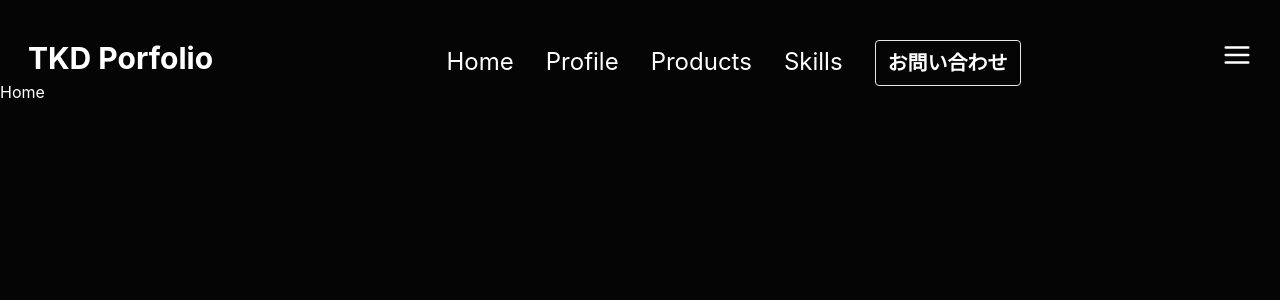
Repository: MitukiTakada/todo-aplication
Page: / (app in design/dev/react-tailwind/react-tailwind/)
These files come from the project's save history. The page is drawn as it stood at one moment and after the next save; the edit follows.
The browser window is 1280 px wide. The pictures show the whole page.
The project was rebuilt for these pictures with package versions that can differ from the ones it lists, and the page was loaded fresh each time. Also part of the build but not shown: design/dev/react-tailwind/react-tailwind/src/components/Products.jsx, design/dev/react-tailwind/react-tailwind/src/components/Profile.jsx, design/dev/react-tailwind/react-tailwind/src/components/Skills.jsx.

Above is the page before, as saved 2022-11-16 08:31:54.

After the next save:
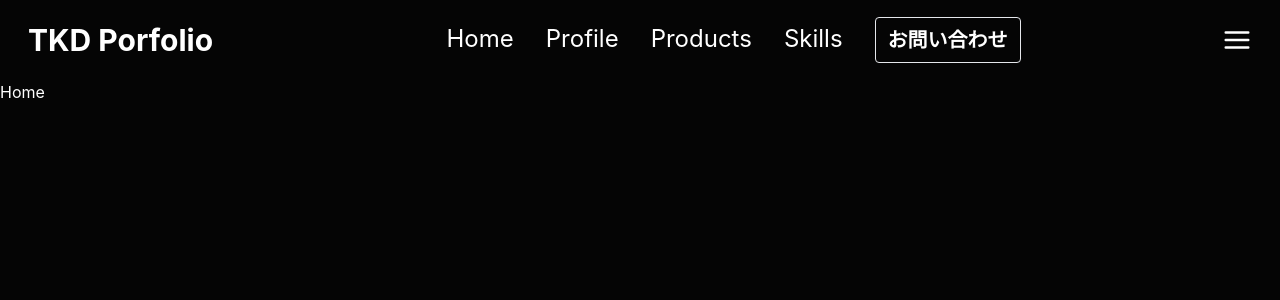
Saved 14 s later.
--- a/design/dev/react-tailwind/react-tailwind/src/components/Header.jsx
+++ b/design/dev/react-tailwind/react-tailwind/src/components/Header.jsx
@@ -5,7 +5,7 @@ import {HamburgerIcon} from "@chakra-ui/icons"
 
 const Header = () => {
   return (
-    <header className="h-20 flex justify-between px-7 py-10 w-full">
+    <header className="h-20 flex justify-between px-7 py-10 w-full items-center">
       <div>
         <h2 className="text-3xl font-bold">TKD Porfolio</h2>
       </div>
